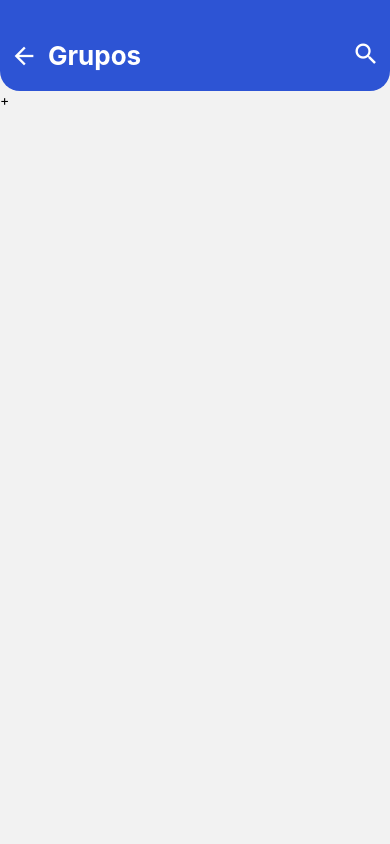
Repository: pheonix5/HeyChat
Screen: /
An editor plug-in stored every save of this project. The screen is shown before and after the next save, followed by the edit.
The app was drawn by React Native's web renderer in a window 390 px wide. The project was rebuilt for these pictures with package versions that can differ from the ones it lists, and the page was loaded fresh each time. Also part of the build but not shown: src/pages/SignIn/index.js.

Above is the screen before, as saved 2023-03-09 22:50:47.

After the next save:
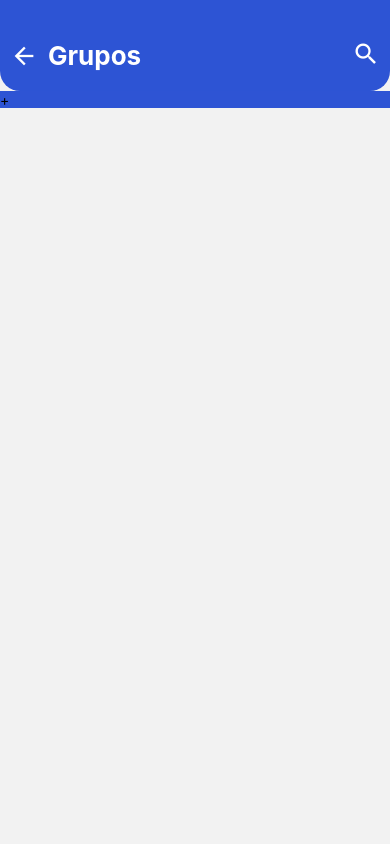
Saved 12 s later.
--- a/src/Components/FabButton/index.js
+++ b/src/Components/FabButton/index.js
@@ -14,6 +14,6 @@ export default function FabButton() {
 
 const styles = StyleSheet.create({
   containerButton:{
-
+    backgroundColor: '#2e54d4'
   }
 })
